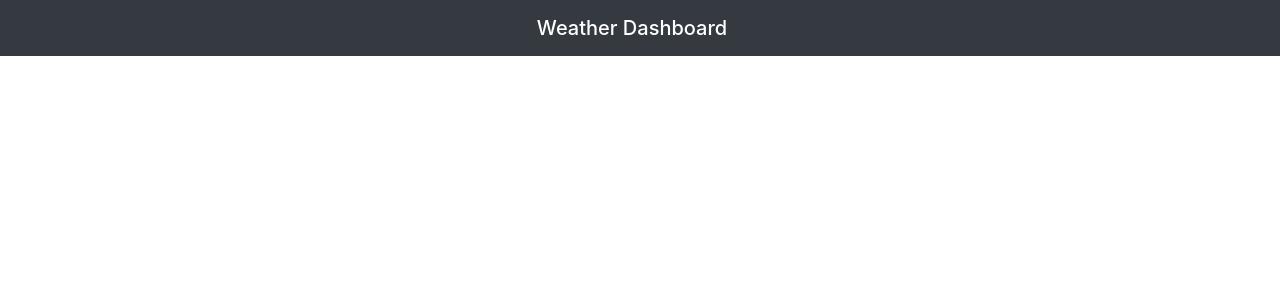
Repository: Llenrocc/Weather_API
Page: index.html
An editor plug-in stored every save of this project. The page is shown before and after the next save, followed by the edit.
The browser window is 1280 px wide. The pictures show the whole page.
Some web fonts or font styles are not loaded; a fallback is used.

Above is the page before, as saved 2020-07-17 23:20:15.
Console error: SyntaxError: Unexpected identifier 'name'

### index.html
<!DOCTYPE html>
<html lang="en">
<head>
    <meta charset="UTF-8">
    <meta name="viewport" content="width=device-width, initial-scale=1.0">
    <link rel="stylesheet" href="https://stackpath.bootstrapcdn.com/bootstrap/4.5.0/css/bootstrap.min.css" integrity="sha384-9aIt2nRpC12Uk9gS9baDl411NQApFmC26EwAOH8WgZl5MYYxFfc+NcPb1dKGj7Sk" crossorigin="anonymous">
    <link rel="stylesheet" href="style.css">
    <link href="https://fonts.googleapis.com/css2?family=Just+Another+Hand&family=Sedgwick+Ave&display=swap" rel="stylesheet">
    <title>Weather Dashboard</title>
</head>
<body>

    <nav class = "navbar navbar-dark bg-dark">
        <span class = "navbar-brand mb-0 h1 w-100 text-center">Weather Dashboard</span>
    </nav>





    <script src="script.js"></script>
    <script src="https://code.jquery.com/jquery-3.5.1.min.js" integrity="sha256-9/aliU8dGd2tb6OSsuzixeV4y/faTqgFtohetphbbj0=" crossorigin="anonymous"></script>
    <script src="https://code.jquery.com/jquery-3.5.1.slim.min.js" integrity="sha384-DfXdz2htPH0lsSSs5nCTpuj/zy4C+OGpamoFVy38MVBnE+IbbVYUew+OrCXaRkfj" crossorigin="anonymous"></script>
    <script src="https://cdn.jsdelivr.net/npm/popper.js@1.16.0/dist/umd/popper.min.js" integrity="sha384-Q6E9RHvbIyZFJoft+2mJbHaEWldlvI9IOYy5n3zV9zzTtmI3UksdQRVvoxMfooAo" crossorigin="anonymous"></script>
    <script src="https://stackpath.bootstrapcdn.com/bootstrap/4.5.0/js/bootstrap.min.js" integrity="sha384-OgVRvuATP1z7JjHLkuOU7Xw704+h835Lr+6QL9UvYjZE3Ipu6Tp75j7Bh/kR0JKI" crossorigin="anonymous"></script>
</body>
</html>

### style.css
.body {
    background-image: url(Assets/lightning-and-gray-clouds-1162251.jpg);
    background-position: 100% 100%;
    background-repeat: no-repeat;
    background-image: center fixed;
    background-size: cover;
}













@media only screen and (min-width: 1200px) {
    /* styles for wide screens */
}

### script.js


api.openweathermap.org/data/2.5/weather?q={city name}&appid={1c0d091d3970be12422646d1b4954478}

After the next save:
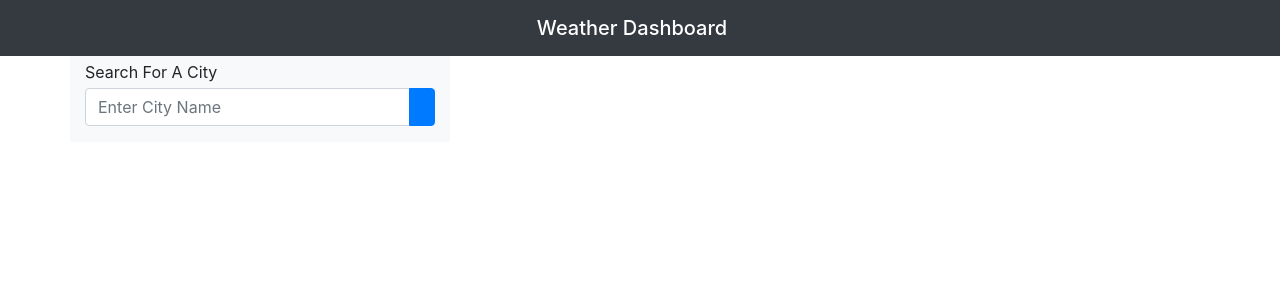
Saved 4 min 4 s later.
--- a/index.html
+++ b/index.html
@@ -14,6 +14,23 @@
         <span class = "navbar-brand mb-0 h1 w-100 text-center">Weather Dashboard</span>
     </nav>
 
+    <div class = "container">
+        <div class = "row">
+            <div class = "col-4 bg-light">
+                <p class = "search-header my-1">Search For A City</p>
+                <div class = "input-group mb-3">
+                    <input id = "city-input" type = "text" class = "form-control" placeholder = "Enter City Name" aria-label = "Enter City Name">
+
+                    <div class = "input-group-append">
+                        <button class = "btn btn-primary" type = "button" id = "search-button">
+                            <i class = "fas fa-search"></i>
+                        </button>
+                    </div>
+                </div>
+            </div>
+        </div>
+    </div>
+
 
 
 
